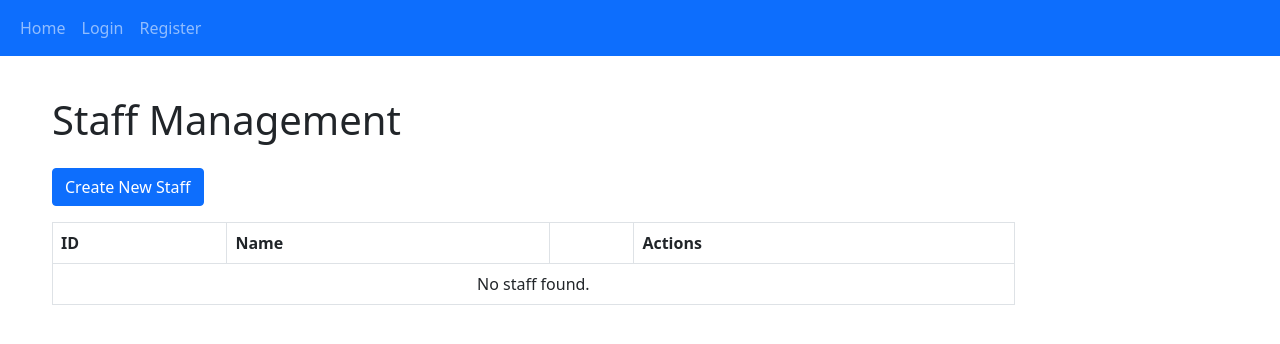
Repository: Matsikembareb/myPowervision
Page: http://localhost/staff
An editor plug-in stored every save of this project. The page is shown before and after the next save, followed by the edit.
The browser window is 1280 px wide. The pictures show the whole page.
The page is served by the project's application, run on Flask 3 (01prototype/myPowervision/__init__.py).

Above is the page before, as saved 2025-09-26 16:12:50.

After the next save:
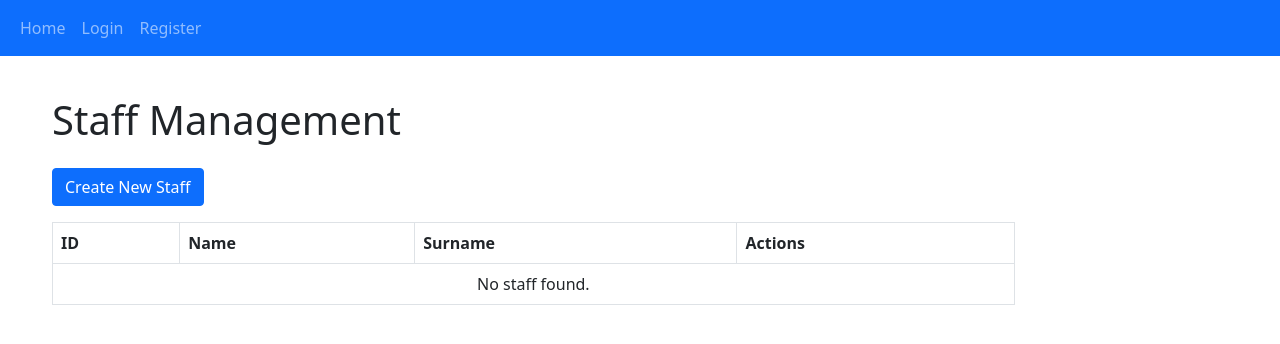
Saved 27 s later.
--- a/01prototype/myPowervision/templates/staff_management/staff.html
+++ b/01prototype/myPowervision/templates/staff_management/staff.html
@@ -12,7 +12,7 @@
         <tr>
           <th>ID</th>
           <th>Name</th>
-          <th></th>
+          <th>Surname</th>
           <th>Actions</th>
         </tr>
       </thead>
@@ -21,7 +21,7 @@
           <tr>
             <td>{{ staff.id }}</td>
             <td>{{ staff.name }}</td>
-            <td>{{ staff.description }}</td>
+            <td>{{ staff.surname }}</td>
             <td>
               <a href="{{ url_for('home_page', staff_id=staff.id) }}" class="btn btn-sm btn-warning">Edit</a>
               <form action="{{ url_for('home_page', staff_id=staff.id) }}" method="POST" style="display:inline;">
